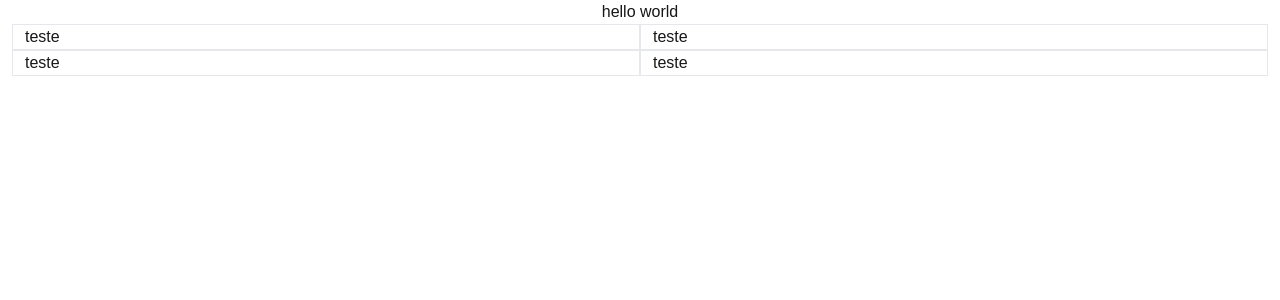
Repository: vitorbelluzzo/CountryInformationApp
Page: / (app in fe/)
The author's editor kept a copy of each file at every save. The page is drawn from the files as they stood at one save, then again after the next save.
The browser window is 1280 px wide. The pictures show the whole page.
The project was rebuilt for these pictures with package versions that can differ from the ones it lists, and the page was loaded fresh each time. The framework's server and built-in components were replaced by stand-ins that run in the browser. Also part of the build but not shown: fe/next.config.ts.

Above is the page before, as saved 2024-10-29 13:52:45.

### fe/src/app/page.tsx
// import { useEffect, useState } from "react";

// interface CountryProps {
//   countryCode: string;
//   name: string;
// }
export default function Home() {
  // const [countries, setCountries] = useState<CountryProps[]>([]);

  // useEffect(() => {
  //   const findCountries = async () => {
  //     const response = await fetch("http://localhost:3560/AvailableCountries");

  //     const data = response.json();

  //     if (Array.isArray(data)) {
  //       setCountries(data);
  //     } else {
  //       console.log("Data fetched is not an array", data);
  //     }
  //   };
  //   findCountries();
  // }, []);

  return (
    <div>
      <p className="text-center">hello world</p>
      <div className="grid grid-cols-2 px-3">
        <div className="border h-auto w-auto text-start px-3">teste</div>
        <div className="border h-auto w-auto text-start px-3">teste</div>
        <div className="border h-auto w-auto text-start px-3">teste</div>
        <div className="border h-auto w-auto text-start px-3">teste</div>
      </div>
    </div>
  );
}

Loaded but not shown: fe/src/app/layout.tsx (common file); fe/src/app/globals.css (common file); fe/tailwind.config.ts (common file)

After the next save:
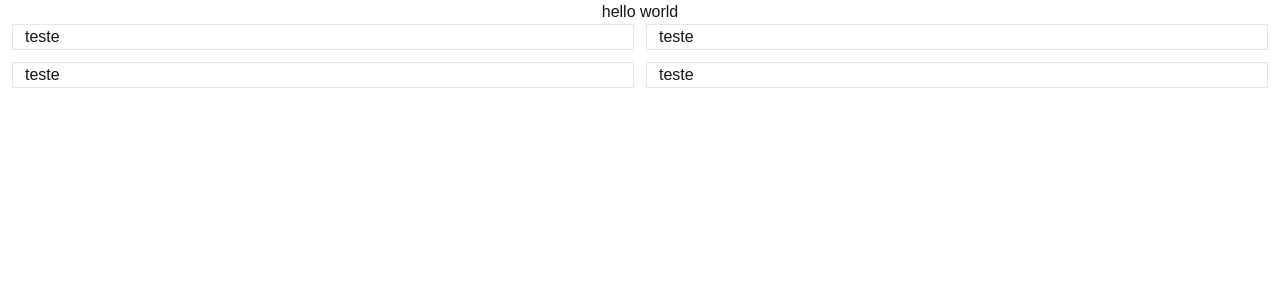
Saved 6 s later.
--- a/fe/src/app/page.tsx
+++ b/fe/src/app/page.tsx
@@ -25,7 +25,7 @@ export default function Home() {
   return (
     <div>
       <p className="text-center">hello world</p>
-      <div className="grid grid-cols-2 px-3">
+      <div className="grid grid-cols-2 px-3 gap-3">
         <div className="border h-auto w-auto text-start px-3">teste</div>
         <div className="border h-auto w-auto text-start px-3">teste</div>
         <div className="border h-auto w-auto text-start px-3">teste</div>
